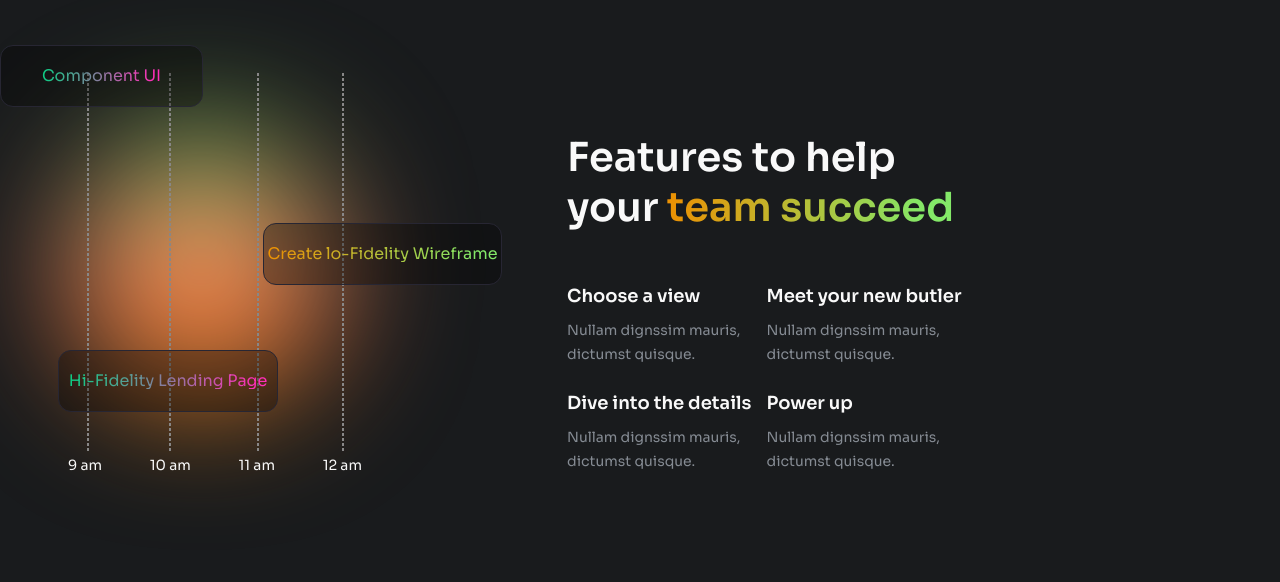
Repository: anhthiethumg/Task_Managerment_Website
Page: index.html
These files come from the project's save history. The page is drawn as it stood at one moment and after a run of saves; the edit follows.
The browser window is 1280 px wide. The pictures show the part of the page from y = 2400 to 2982 px (the page is 2982 px tall).
A picture or video elsewhere on the page could not be fetched, so the positions and the page height are approximate.

Above is the page before, as saved 2023-07-31 09:11:19.

After the next 3 saves:
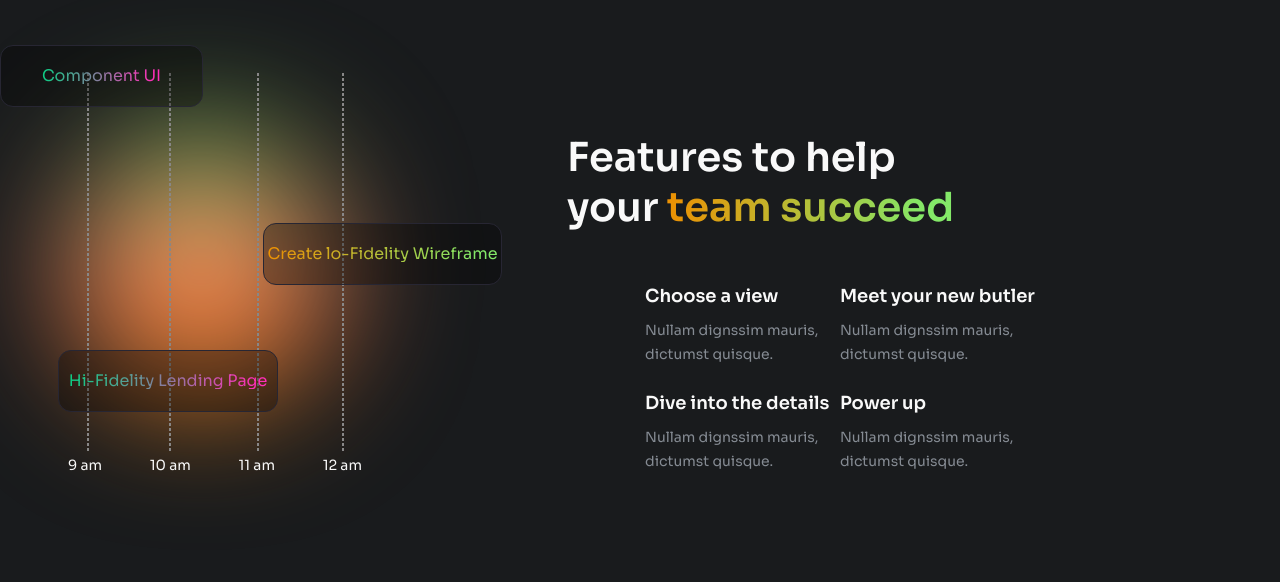
The 3 saves are shown as one change because they came seconds apart.
The last was saved 9 s later.
--- a/assets/css/styles.css
+++ b/assets/css/styles.css
@@ -713,7 +713,7 @@ a {
 .feature__list {
   display: grid;
   grid-template-columns: 1fr 1fr;
-
+  margin-left: 78px;
 }
 
 .feature--item__title {
